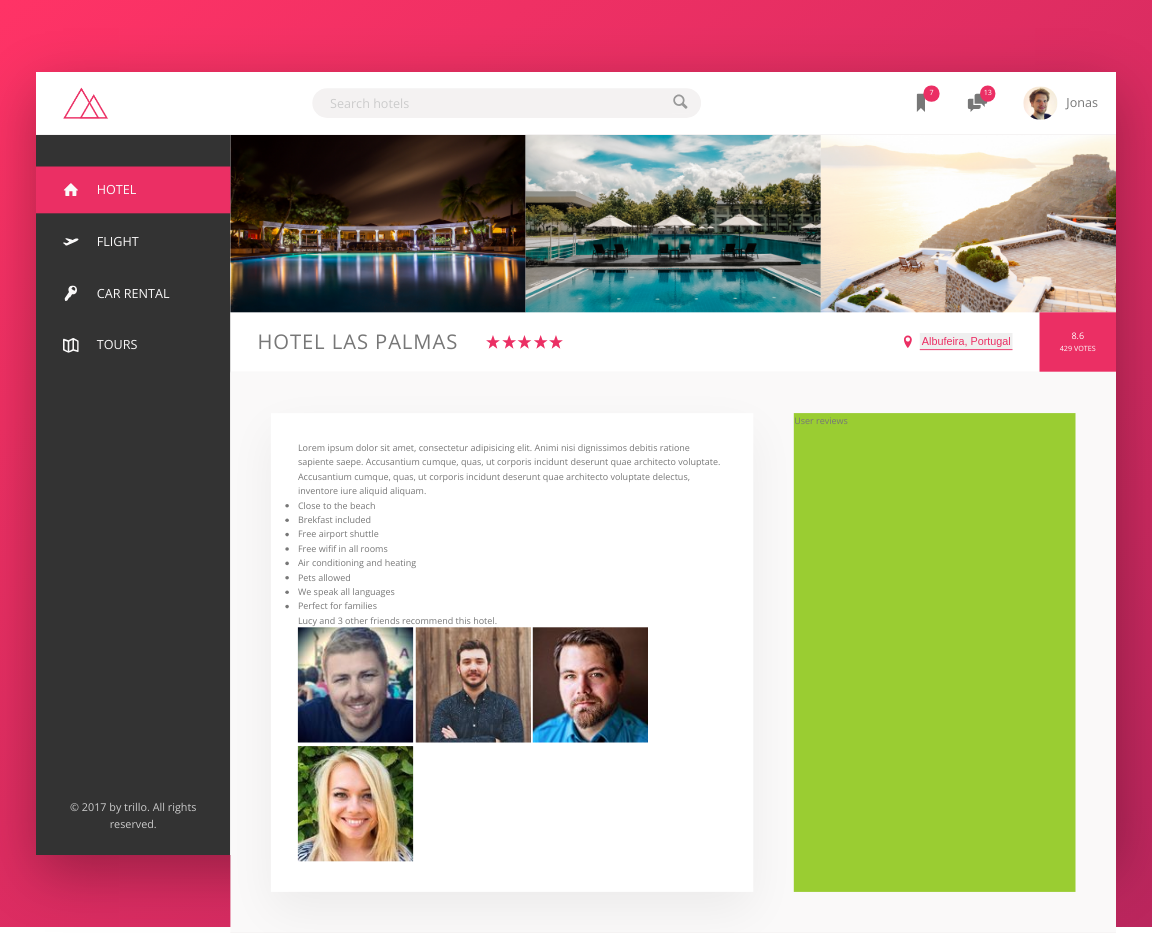
Repository: MalgorzataMazur/Trillo
Page: index.html
An editor plug-in stored every save of this project. The page is shown before and after the next save, followed by the edit.
The browser window is 1280 px wide. The pictures show the whole page, at 90% of full size.
The style sheet was rebuilt from its Sass, Less or Tailwind sources for each picture, by a compiler version that may differ from the author's.

Above is the page before, as saved 2020-03-27 18:59:45.

### index.html
<!DOCTYPE html>
<html lang="en">
    <head>
        <meta charset="UTF-8">
        <meta name="viewport" content="width=device-width, initial-scale=1.0">

        <link href="https://fonts.googleapis.com/css?family=Open+Sans:300,400,600" rel="stylesheet">
        <link rel="stylesheet" href="css/style.css">
        <link rel="shortcut icon" type="image/png" href="img/favicon.png">

        <title>trillo &mdash; Your all-in-one booking app</title>
    </head>
    <body>
        <div class="container">
            <header class="header">
                <img src="img/logo.png" alt="trillo logo" class="logo">

                <form action="#" class="search">
                    <input type="text" class="search__input" placeholder="Search hotels">
                    <button class="search__button">
                        <svg class="search__icon">
                            <use xlink:href="img/sprite.svg#icon-magnifying-glass"></use> <!--include svg -->
                        </svg>
                    </button>
                </form>

                <nav class="user-nav">
                    <div class="user-nav__icon-box">
                        <svg class="user-nav__icon">
                            <use xlink:href="img/sprite.svg#icon-bookmark"></use>
                        </svg>
                        <span class="user-nav__notification">7</span>
                    </div>
                    <div class="user-nav__icon-box">
                        <svg class="user-nav__icon">
                            <use xlink:href="img/sprite.svg#icon-chat"></use>
                        </svg>
                        <span class="user-nav__notification">13</span>
                    </div>
                    <div class="user-nav__user">
                        <img src="img/user.jpg" alt="User photo" class="user-nav__user-photo">
                        <span class="user-nav__user-name">Jonas</span>
                    </div>
                </nav>
            </header>
            <div class="content">
                <nav class="sidebar">
                    <ul class="side-nav">
                        <li class="side-nav__item side-nav__item--active">
                            <a href="#" class="side-nav__link">
                                <svg class="side-nav__icon">
                                    <use xlink:href="img/sprite.svg#icon-home"></use>
                                </svg>
                                <span>Hotel</span>
                            </a>
                        </li>
                        <li class="side-nav__item">
                            <a href="#" class="side-nav__link">
                                <svg class="side-nav__icon">
                                    <use xlink:href="img/sprite.svg#icon-aircraft-take-off"></use>
                                </svg>
                                <span>Flight</span>
                            </a>
                        </li>
                        <li class="side-nav__item">
                            <a href="#" class="side-nav__link">
                                <svg class="side-nav__icon">
                                    <use xlink:href="img/sprite.svg#icon-key"></use>
                                </svg>
                                <span>Car rental</span>
                            </a>
                        </li>
                        <li class="side-nav__item">
                            <a href="#" class="side-nav__link">
                                <svg class="side-nav__icon">
                                    <use xlink:href="img/sprite.svg#icon-map"></use>
                                </svg>
                                <span>Tours</span>
                            </a>
                        </li>
                    </ul>

                    <div class="legal">
                        &copy; 2017 by trillo. All rights reserved. <!-- html entity -->
                    </div>
                </nav>


                <main class="hotel-view">
                    <div class="gallery">
                        <figure class="gallery__item">
                            <img src="img/hotel-1.jpg" alt="Photo of hotel 1" class="gallery__photo">
                        </figure>
                        <figure class="gallery__item">
                            <img src="img/hotel-2.jpg" alt="Photo of hotel 2" class="gallery__photo">
                        </figure>
                        <figure class="gallery__item">
                            <img src="img/hotel-3.jpg" alt="Photo of hotel 3" class="gallery__photo">
                        </figure>
                    </div>

                    <div class="overview">
                        <h1 class="overview__heading">
                            Hotel Las Palmas
                        </h1>

                        <div class="overview__stars">
                            <svg class="overview__icon-star">
                                <use xlink:href="img/sprite.svg#icon-star"></use>
                            </svg>
                            <svg class="overview__icon-star">
                                <use xlink:href="img/sprite.svg#icon-star"></use>
                            </svg>
                            <svg class="overview__icon-star">
                                <use xlink:href="img/sprite.svg#icon-star"></use>
                            </svg>
                            <svg class="overview__icon-star">
                                <use xlink:href="img/sprite.svg#icon-star"></use>
                            </svg>
                            <svg class="overview__icon-star">
                                <use xlink:href="img/sprite.svg#icon-star"></use>
                            </svg>
                        </div>

                        <div class="overview__location">
                            <svg class="overview__icon-location">
                                <use xlink:href="img/sprite.svg#icon-location-pin"></use>
                            </svg>
                            <button class="btn-inline">Albufeira, Portugal</button>
                        </div>

                        <div class="overview__rating">
                            <div class="overiew__rating-average">8.6</div>
                            <div class="overview__rating-count">429 votes</div>
                        </div>
                    </div>

                    <div class="detail">
                        <div class="description">
                             <p class="paragraph">
                                Lorem ipsum dolor sit amet, consectetur adipisicing elit. Animi nisi dignissimos debitis ratione sapiente saepe. Accusantium cumque, quas, ut corporis incidunt deserunt quae architecto voluptate.
                             </p>
                             <p class="paragraph">
                                Accusantium cumque, quas, ut corporis incidunt deserunt quae architecto voluptate delectus, inventore iure aliquid aliquam.
                             </p>
                             <ul class="list">
                                 <li class="list__item">Close to the beach</li>
                                 <li class="list__item">Brekfast included</li>
                                 <li class="list__item">Free airport shuttle</li>
                                 <li class="list__item">Free wifif in all rooms</li>
                                 <li class="list__item">Air conditioning and heating</li>
                                 <li class="list__item">Pets allowed</li>
                                 <li class="list__item">We speak all languages</li>
                                 <li class="list__item">Perfect for families</li>
                             </ul>
                             <div class="recommend">
                                 <p class="recommend__count">
                                     Lucy and 3 other friends recommend this hotel.
                                 </p>
                                 <div class="recommend__friends">
                                     <img src="img/user-3.jpg" alt="Friend 1" class="recommend__photo">
                                     <img src="img/user-4.jpg" alt="Friend 2" class="recommend__photo">
                                     <img src="img/user-5.jpg" alt="Friend 3" class="recommend__photo">
                                     <img src="img/user-6.jpg" alt="Friend 4" class="recommend__photo">
                                 </div>
                             </div>
                        </div>

                        <div class="user-reviews">
                            User reviews
                        </div>
                    </div>

                </main>
            </div>

        </div>
    </body>
</html>

### sass/_base.scss
//variable will be avuialable for entire documents here, global parent of elelemnt
:root { //root pseudoclass the same like ktml but higher specifity //css custom proiperties variables I use here define in declaration bloxk remember
    --color-primary: #eb2f64;
    --color-primary-light: #FF3366;
    --color-primary-dark: #BA265D;

    --color-grey-light-1: #faf9f9;
    --color-grey-light-2: #f4f2f2;
    --color-grey-light-3: #f0eeee;
    --color-grey-light-4: #ccc;

    --color-grey-dark-1: #333;
    --color-grey-dark-2: #777;
    --color-grey-dark-3: #999;

    --shadow-dark: 0 2rem 6rem rgba(0,0,0,.3);
    --shadow-light: 0 2rem 5rem rgba(0,0,0,.06);

    --line: 1px solid var(--color-grey-light-2);

}

* { //first global settings *,htm, body
    margin: 0;
    padding: 0;
}

*,
*::before,
*::after {
    box-sizing: inherit;
}

html {
    box-sizing: border-box;
    font-size: 62.5%; //1rem = 10px, 10px/16px = 62.5%
}

body {
    font-family: 'Open Sans', sans-serif;
    font-weight: 400;
    line-height: 1.6;
    color: var(--color-grey-dark-2);
    background-image: linear-gradient(to right bottom, var(--color-primary-light), var(--color-primary-dark)); //gradient from the left top cornet to right bottom corner
    background-size: cover;
    background-repeat: no-repeat; //default is repeat in css

    min-height: 100vh; //min height but if height can be bigger than that will be simply bigger
}

### sass/_layout.scss
.container {
    max-width: 120rem; //container can decrease if hasn't got enough enough space to display our 120rem,;inaczej 1200px i jesli mniej to zajmie 100% szerokosci portu
    margin: 8rem auto;
    background-color: var(--color-grey-light-1);
    box-shadow: var(--shadow-dark);

    min-height: 50rem;
}

.header {
    font-size: 1.4rem;
    height: 7rem;
    background-color: #fff;
    border-bottom: var(--line);

    display: flex; //cause it is parent element
    justify-content: space-between; // divide empty space between 3 elements
    align-items: center; //wzdłuż osi poprzecznej center
}

.content {
    display: flex;
}

.sidebar {
    background-color: var(--color-grey-dark-1);

    flex: 0 0 18%; //don't want to grow & shrink & we want 18% of width; automatic wil be

    display: flex;
    flex-direction: column; //change the direction of the main axis from left to right to top to bottom
    justify-content: space-between;
}

.hotel-view {
    background-color: #fff;
    ////test
    height: 80rem;

    flex: 1; //by using flex 1 element should grow as much as that can; na tyle ile ma przestrzeni
}

.detail {
    display: flex;
    padding: 4.5rem;
    background-color: var(--color-grey-light-1);
    border-bottom: var(--line);
}

.description {
    background-color: #fff;
    box-shadow: var(--shadow-light); //almost invisible shadow
    padding: 3rem;
    flex: 0 0 60%;
    margin-right: 4.5rem;

}

.user-reviews {
    background-color: yellowgreen;
    flex: 1;
}

### sass/_components.scss
/////////////////////////////////
////LOGO
.logo {
    height: 3.5rem;
    margin-left: 3rem;
}



/////////////////////////////////
////SEARCH
.search {
    flex: 0 0 40%; //grow shrink occupy

    display: flex;//flex item is becoming flex container,; we center loop icon btn
    align-items: center; //center elem along the cross axis
    justify-content: center; //center elem along the main axis

    &__input {
        font-family: inherit;
        font-size: inherit;
        color: inherit;
        background-color: var(--color-grey-light-2);
        border: none;
        border-radius: 100px;
        padding: .7rem 2rem;
        width: 90%;
        transition: all .2s;
        margin-right: -3.25rem; //this way the btn move on top of input

        &:focus {
            outline: none;
            width: 100%;
            background-color: var(--color-grey-light-3);
        }

        &::-webkit-input-placeholder {
            font-weight: 100;
            color: var(--color-grey-light-4);
        }
    }

    &__input:focus + &__button { //sibling, adjust element; the same backgr color
        background-color: var(--color-grey-light-3);
    }

    &__button {
        border: none;
        background-color: var(--color-grey-light-2);

        &:focus {
            outline: none;
        }

        &:active {
            transform: translate(2px);
        }
    }

    &__icon {
        height: 2rem;
        width: 2rem;
        fill: var(--color-grey-dark-3);
}
}



/////////////////////////////////
////USER NAVIGATION
.user-nav {
    align-self: stretch; //żeby one sie rozciagaly, is like align items but for one individual item; ovverite in header align item center

    display: flex; //flex item on the sam etime is flex container
    align-items: center;

    & > * {
        padding: 0 2rem;
        cursor: pointer;
        display: flex;
        height: 100%;
        align-items: center; //when we hoover thy arent on the top; vertical align
   }

    & > *:hover {
        background-color: var(--color-grey-light-2);
    }

    &__icon-box {
        position: relative;
    }

    &__icon {
        height: 2.25rem;
        width: 2.25rem;
        fill: var(--color-grey-dark-2);
    }

    &__notification {
        font-size: .8rem;
        height: 1.75rem;
        width: 1.75rem;
        border-radius: 50%;
        background-color: var(--color-primary);
        color: #fff;
        position: absolute; //parent elememnt is iconbox relative
        top: 1.5rem;
        right: 1.1rem;

        display: flex;
        justify-content: center;
        align-items: center;
    }

    &__user-photo {
        height: 3.75rem;
        border-radius: 50%;
        margin-right: 1rem;
    }
}



/////////////////////////////////
////SIDE NAVIGATION
.side-nav {
    font-size: 1.4rem;
    list-style: none;
    margin-top: 3.5rem;

    &__item {
        position: relative;

        &:not(:last-child) { //all the items except the last one
            margin-bottom: .5rem;
        }
    }

    &__item::before { //line becpmes invisible which then expands to the right side
        content: "";
        position: absolute;
        top: 0;
        left: 0;
        height: 100%;
        width: 3px;
        background-color: var(--color-primary);
        transform: scaleY(0); //normal state without any hover
        transition: transform .2s, //first transform ghappens during .2s & we wait this time .2s until we start transitioning the width .4s
                    width .4s cubic-bezier(1,0,0,1) .2s,
                    background-color .1s; //we can set diffrent settings for diffrent properties. we can have the staged animations where first the transform happens then the width
    }

    &__item:hover::before,
    &__item--active::before {
        transform: scaleY(1); //only occurs Y direction from top to bottom
        width: 100%;
    }

    &__item:active::before {
        background-color: var(--color-primary-light);
    }

    &__link:link,
    &__link:visited {
        color: var(--color-grey-light-1);
        text-decoration: none;
        text-transform: uppercase;
        display: block;
        padding: 1.5rem 3rem;
        position: relative; //on top of the before elem after hover

        display: flex;
        align-items: center; //ikony równo z napisem z listy
    }

    &__icon {
        width: 1.75rem;
        height: 1.75rem;
        margin-right: 2rem;
        fill: currentColor; //means color ofthe current elelemnt or the parent element
    }
}



/////////////////////////////////
////LEGAL TEXT
.legal {
    font-size: 1.2rem;
    color: var(--color-grey-light-4);
    text-align: center;
    padding: 2.5rem;
}



/////////////////////////////////
////SIDE NAVIGATION
.gallery {
    display: flex;

    &__photo {
        width: 100%;
        display: block;
    }
}



/////////////////////////////////
////SIDE NAVIGATION
.overview {
    display: flex; // justify-content: space-between; //evenly distribute all the elements along the main axis
    align-items: center;
    border-bottom: var(--line);

    &__heading {
        font-size: 2.25rem;
        font-weight: 300;
        text-transform: uppercase;
        letter-spacing: 1px;
        padding: 1.5rem 3rem;
    }

    &__stars {
        // flex: 1;
        margin-right: auto; //we created the space without actually stretching out this entire element; element only occypying the space that it needs here
        display: flex;    }

    &__icon-star,
    &__icon-location {
        width: 1.75rem;
        height: 1.75rem;
        fill: var(--color-primary);
    }

    &__location {
        font-size: 1.2rem;
        display: flex;
        align-items: center;
    }

    &__icon-location {
        margin-right: .5rem;
    }

    &__rating {
        background-color: var(--color-primary);
        color: #fff;
        margin-left: 3rem;
        padding: 0 2.25rem;
        align-self: stretch; //occupy all the space that it has available

        display: flex;
        flex-direction: column;
        align-items: center;
        justify-content: center;
    }

    &__rating-average {
        font-size: 2.25rem;
        font-weight: 300;
        margin-bottom: -3px;
    }

    &__rating-count {
        font-size: .8rem;
        text-transform: uppercase;
    }
}



/////////////////////////////////
////BUTTON-LINE
.btn-inline {
    border: none;
    color: var(--color-primary);
    font-size: inherit;
    border-bottom: 1px solid currentColor;
    padding: 2px;
    display: inline-block;
    background-clip: transparent;
    cursor: pointer;
    transition: all .2s;

    &:hover {
        color: var(--color-grey-dark-1); //when hover the border becomes the exact same color as the tex
    }

    &:focus {
        outline: none;
        animation: pulsate 1s infinite;
    }
}

@keyframes pulsate {
    0% { //normal state
        transform: scale(1);
        box-shadow: none;
    }

    50% { //scale a little bit
        transform: scale(1.05);
        box-shadow: 0 1rem 4rem rgba(0,0,0,.25);
    }

    100% { //back to the normal
        transform: scale(1);
        box-shadow: none;
    }
}

Loaded but not shown: sass/main.scss (common file)

After the next save:
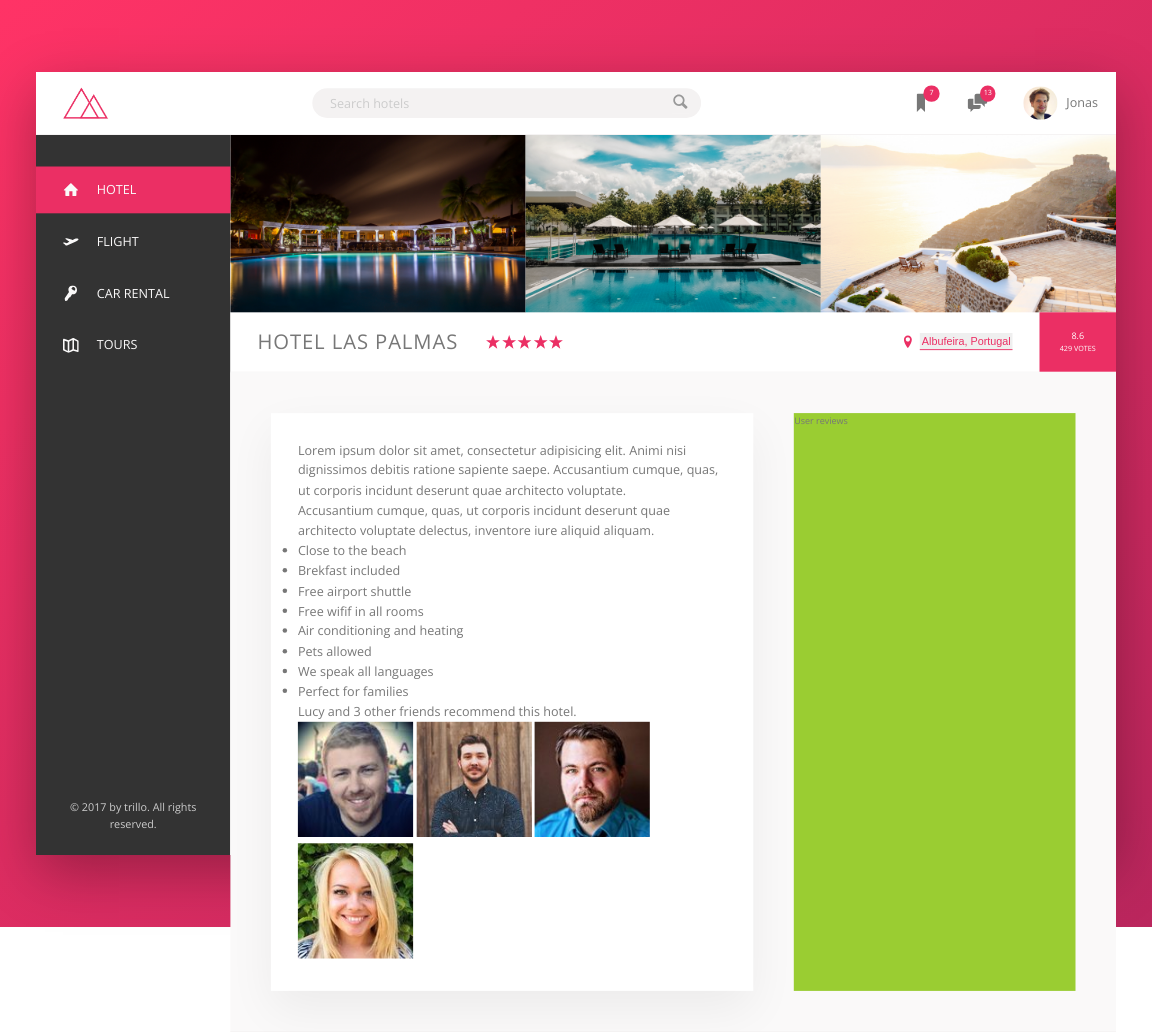
Saved 75 s later.
--- a/sass/_layout.scss
+++ b/sass/_layout.scss
@@ -48,6 +48,7 @@
 }
 
 .description {
+    font-size: 1.4rem;
     background-color: #fff;
     box-shadow: var(--shadow-light); //almost invisible shadow
     padding: 3rem;
